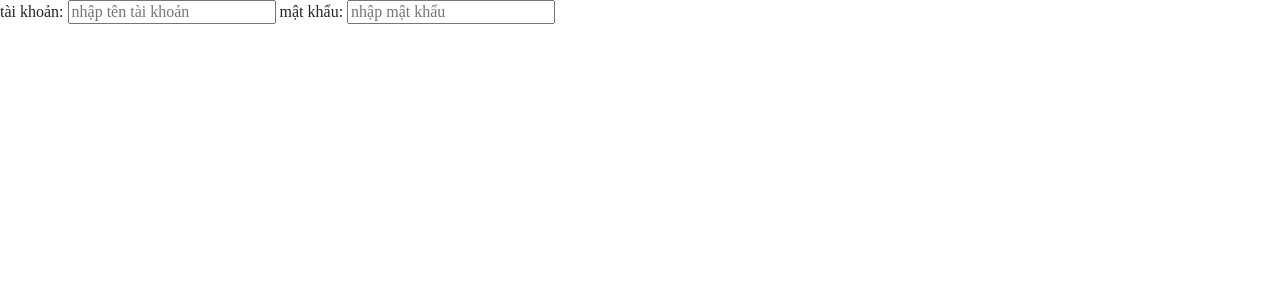
Repository: Phat-001/Front-end-Zozi
Page: index.html
An editor plug-in stored every save of this project. The page is shown before and after the next save, followed by the edit.
The browser window is 1280 px wide. The pictures show the whole page.
Some web libraries are served in a nearby version.

Above is the page before, as saved 2021-09-19 19:59:44.
Console error: TypeError: Cannot read properties of null (reading 'addEventListener')

### index.html
<!DOCTYPE html>
<html>

<head>
  <meta charset="utf-8" />
  <meta http-equiv="X-UA-Compatible" content="IE=edge" />
  <meta name="viewport" content="width=device-width, initial-scale=1" />
  <meta name="description" content="" />
  <link rel="stylesheet" href="https://maxcdn.bootstrapcdn.com/bootstrap/4.0.0/css/bootstrap.min.css" integrity="sha384-Gn5384xqQ1aoWXA+058RXPxPg6fy4IWvTNh0E263XmFcJlSAwiGgFAW/dAiS6JXm" crossorigin="anonymous">
  <script src="https://code.jquery.com/jquery-3.2.1.slim.min.js" integrity="sha384-KJ3o2DKtIkvYIK3UENzmM7KCkRr/rE9/Qpg6aAZGJwFDMVNA/GpGFF93hXpG5KkN" crossorigin="anonymous"></script>
<script src="https://cdnjs.cloudflare.com/ajax/libs/popper.js/1.12.9/umd/popper.min.js" integrity="sha384-ApNbgh9B+Y1QKtv3Rn7W3mgPxhU9K/ScQsAP7hUibX39j7fakFPskvXusvfa0b4Q" crossorigin="anonymous"></script>
<script src="https://maxcdn.bootstrapcdn.com/bootstrap/4.0.0/js/bootstrap.min.js" integrity="sha384-JZR6Spejh4U02d8jOt6vLEHfe/JQGiRRSQQxSfFWpi1MquVdAyjUar5+76PVCmYl" crossorigin="anonymous"></script>
  <link rel="stylesheet" href="css/style.css">
  <link rel="stylesheet" href="css/reset.css">
  <title>ZoZi coffee</title>
</head>

<body>
  <div id="main">
    <div id="form-login">
      <div id="logo">

      </div>
      <div id="input-login">
        tài khoản: <input type="text" name="username" id="username" placeholder="nhập tên tài khoản">
        mật khẩu: <input type="password" name="password" id="password" placeholder="nhập mật khẩu">

      </div>
    </div>
  </div>
</body>

<script src="js/main.js"></script>
</html>

### js/main.js
const cart =document.querySelector('.giohang-homepage');
const modal=document.querySelector('.modal');
const close_order=document.querySelector('.menu-close');
const modal_container= document.querySelector('.js-modal-menu');
const btn_thanhtoan= document.querySelector('.btn-thanhtoan');
const sub_notifications=document.querySelector('.notification-thanhtoan');
const sub_notifications2=document.querySelector('.modal_sub_noti')
const sub_notifications_thoat=document.querySelector('.sub-thoat')
const notification_pay=document.querySelector('.notification-pay')
const print_bill=document.querySelector('.print-bill')
cart.addEventListener('click', function(){
    modal.classList.add('open');
})
close_order.addEventListener('click', function(){
    modal.classList.remove('open');
})
modal.addEventListener('click', function(){
    modal.classList.remove('open');
})
modal_container.addEventListener('click', function(event){
    event.stopPropagation();
})
//====================event click nút thanh toán==========
print_bill.addEventListener('click', function(event){
    notification_pay.classList.add('open');
})
// ==================================================================
sub_notifications_thoat.addEventListener('click', function(event){
    sub_notifications.classList.remove('open');
})
sub_notifications.addEventListener('click', function(){
    sub_notifications.classList.remove('open');
})
btn_thanhtoan.addEventListener('click', function(event){
    sub_notifications.classList.add('open');
})
sub_notifications2.addEventListener('click', function(a){
    a.stopPropagation();
})

Loaded but not shown: css/reset.css (common file); css/style.css (empty)

After the next save:
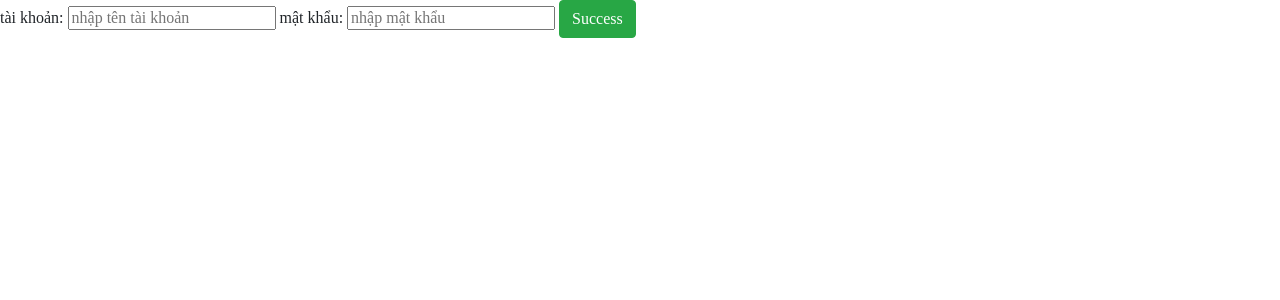
Saved 20 s later.
--- a/index.html
+++ b/index.html
@@ -24,7 +24,7 @@
       <div id="input-login">
         tài khoản: <input type="text" name="username" id="username" placeholder="nhập tên tài khoản">
         mật khẩu: <input type="password" name="password" id="password" placeholder="nhập mật khẩu">
-
+        <button type="button" class="btn btn-success">Success</button>
       </div>
     </div>
   </div>
